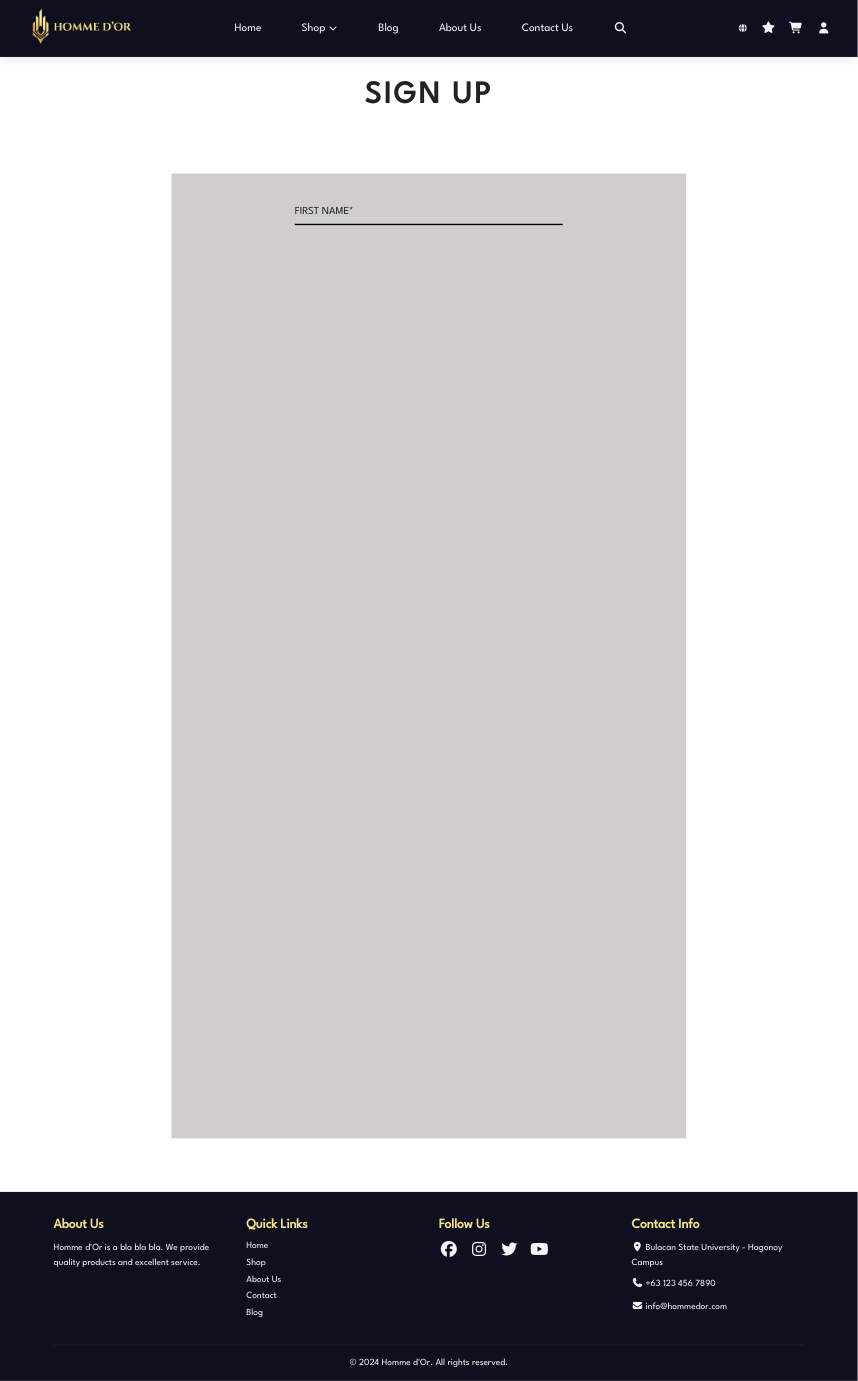
Repository: Izy-Blinken/Homme-d-Or
Page: http://localhost/Homme_dor/pages/signup.php?country=ph
The author's editor kept a copy of each file at every save. The page is drawn from the files as they stood at one save, then again after the next save.
The browser window is 1280 px wide. The pictures show the whole page, at 67% of full size.
The page is run by PHP 8.4 with error messages shown; the project is at /var/www/html/.

Above is the page before, as saved 2026-01-24 20:02:09.

After the next save:
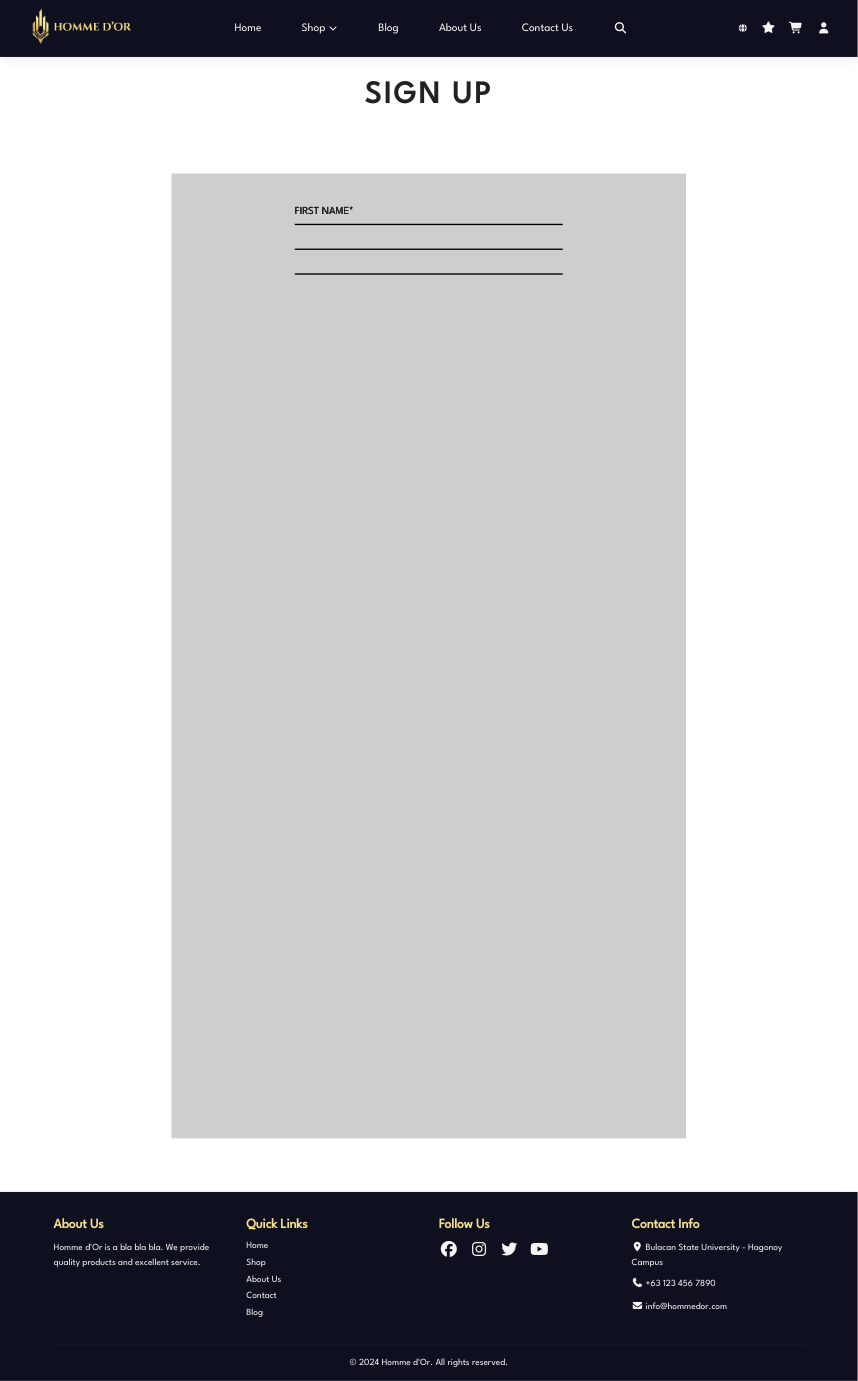
Saved 37 s later.
--- a/pages/signup.php
+++ b/pages/signup.php
@@ -22,6 +22,12 @@
                     <input type="text" required>
                     <label>FIRST NAME*</label>
 
+                    <input type="text" required>
+                    <label>FIRST NAME*</label>
+
+                    <input type="text" required>
+                    <label>FIRST NAME*</label>
+
                 </div>
 
 
